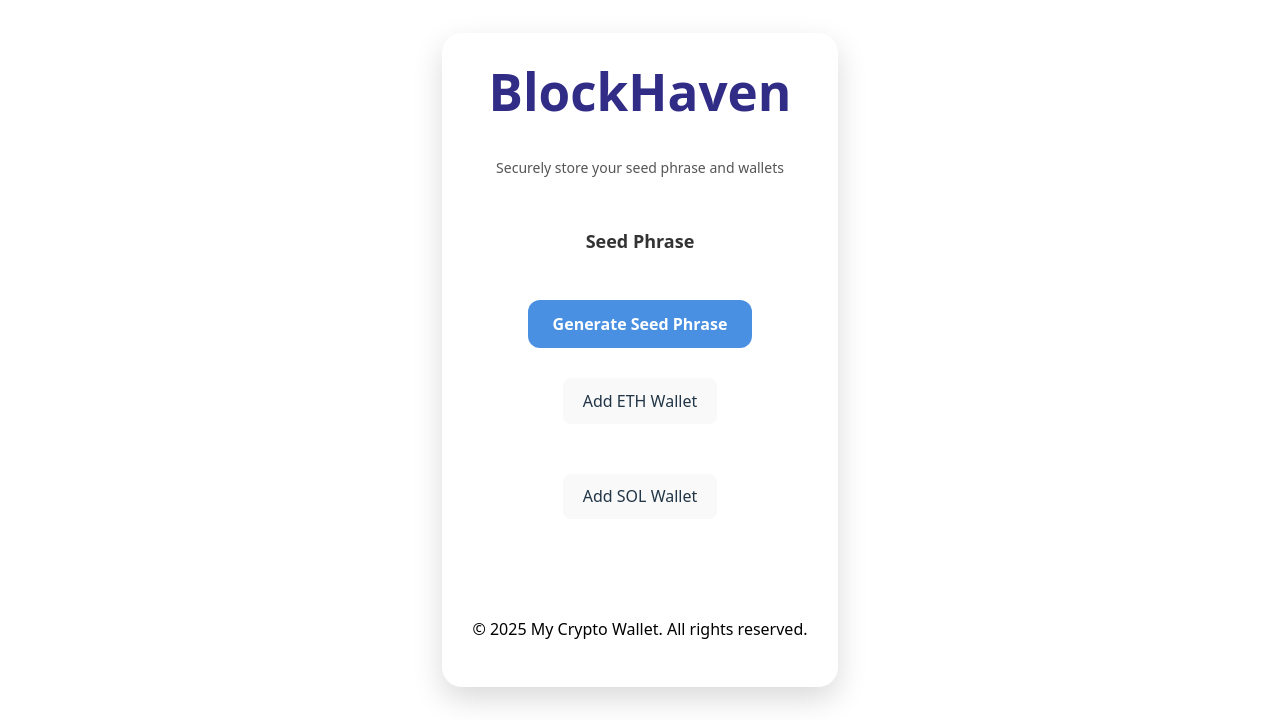
Repository: nishantsingh02/web-based-wallet-web-3
Page: /
An editor plug-in stored every save of this project. The page is shown before and after the next save, followed by the edit.
The browser window is 1280 px wide. The pictures show the whole page.
The project was rebuilt for these pictures with package versions that can differ from the ones it lists, and the page was loaded fresh each time. Also part of the build but not shown: vite.config.ts.

Above is the page before, as saved 2025-10-07 02:14:08.

After the next save:
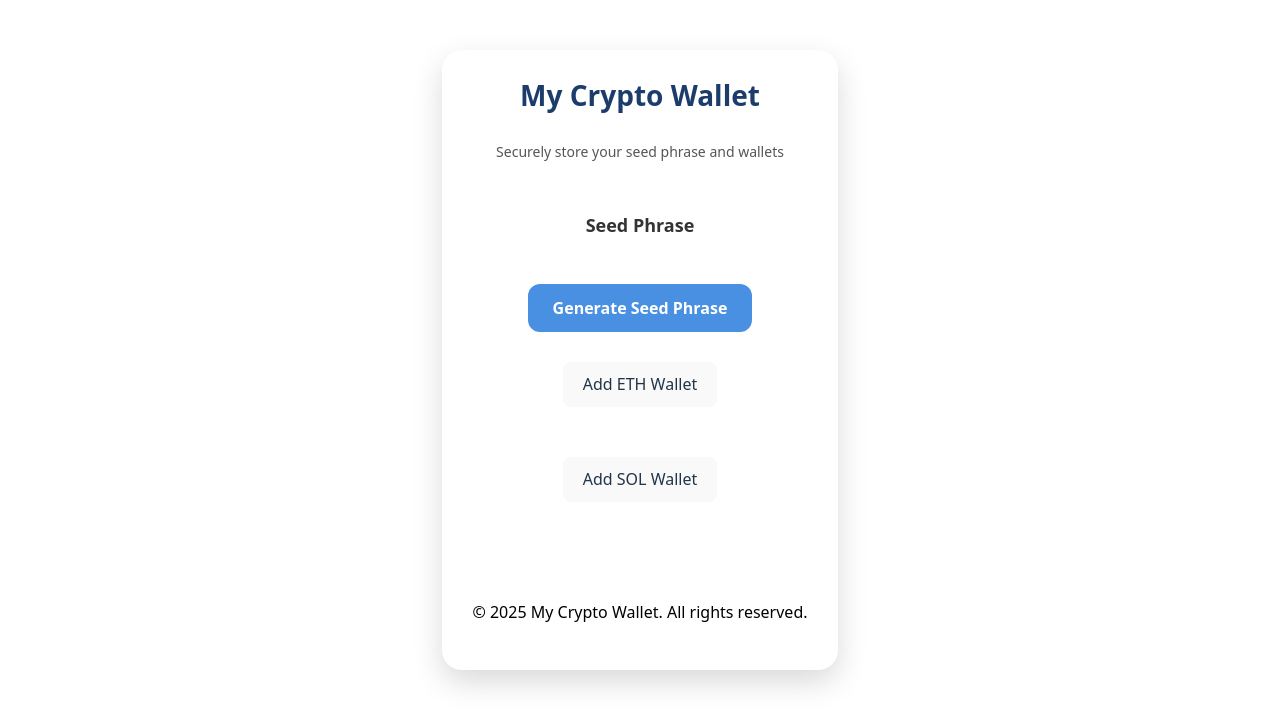
Saved 6 s later.
--- a/src/App.tsx
+++ b/src/App.tsx
@@ -25,7 +25,7 @@ function App() {
     <div className="">
       <div className="wallet-card">
         {/* Header */}
-        <h1 className="text-3xl sm:text-4xl font-bold text-indigo-900 text-center mb-2">BlockHaven</h1>
+        <h1 className="wallet-title">My Crypto Wallet</h1>
         <p className="wallet-subtitle">
           Securely store your seed phrase and wallets
         </p>
